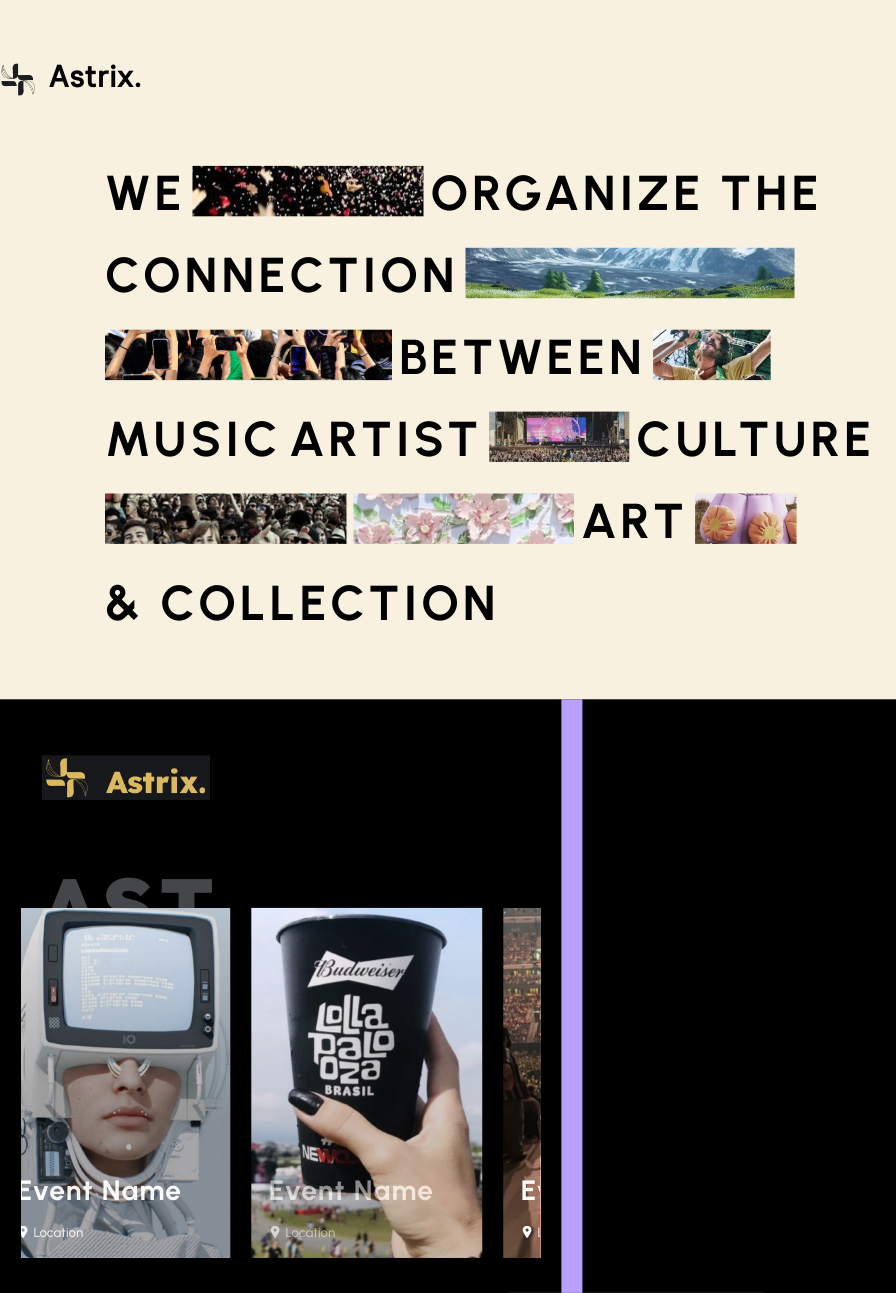
Repository: sharma171/astrix
Page: /
These files come from the project's save history. The page is drawn as it stood at one moment and after the next save; the edit follows.
The browser window is 1280 px wide. The pictures show the whole page, at 70% of full size.
The project was rebuilt for these pictures with package versions that can differ from the ones it lists, and the page was loaded fresh each time.

Above is the page before, as saved 2024-05-20 16:07:09.

### src/index.jsx
import React from 'react';
import ReactDOM from 'react-dom/client';
// import './index.css';
import App from './App';
import reportWebVitals from './reportWebVitals';

const root = ReactDOM.createRoot(document.getElementById('root'));
root.render(
  // <React.StrictMode>
    <App />
  // </React.StrictMode>
);

// If you want to start measuring performance in your app, pass a function
// to log results (for example: reportWebVitals(console.log))
// or send to an analytics endpoint. Learn more: https://bit.ly/CRA-vitals
reportWebVitals();

### src/App.jsx
import React from "react";
import { BrowserRouter as Router, Route, Routes } from "react-router-dom";
import Home from "./Home";
import "./component/main.css";
//fonts
import "./fonts/FUTURA45LIGHT.TTF";
import "./fonts/FUTURA55REGULAR.TTF";
import "./fonts/FUTURA65MEDIUM.TTF";
import "./fonts/FUTURA75BOLD.TTF";

function App() {
  return (
    <div>
      <Router>
        <Routes>
          <Route path="/" element={<Home/>} />
        </Routes>
      </Router>
    </div>
  );
}
export default App;

### src/Home.jsx
import React, { useState } from 'react';
import Hero from "./component/hero";
import HomeSection from './component/homesection';
const Home = () => {
    const [heroActive, setHeroActive] = useState(false);
    const handleActive = () => {
        setHeroActive(!heroActive);
    }
    return(
        <div>
            <div className={`floating-hero ${heroActive ? 'active' : ''}`} onClick={handleActive}>
                <Hero />
            </div>
            <div className="homesection">
                <HomeSection />
            </div>
        </div>
    );
}
export default Home;

### src/component/main.css
@import url('https://fonts.googleapis.com/css2?family=Urbanist:ital,wght@0,100..900;1,100..900&display=swap');

@font-face {
    font-family: "sebino";
    src: local("sebino"),
     url("../fonts/Sebino-Regular.ttf") format("truetype");
    font-weight: 500;
}
@font-face {
    font-family: "futuralight";
    src: local("futuralight"),
     url("../fonts/FUTURA45LIGHT.TTF") format("truetype");
    font-weight: light;
}
@font-face {
    font-family: "futuraregular";
    src: local("futuraregular"),
     url("../fonts/FUTURA55REGULAR.TTF") format("truetype");
    font-weight: regular;
}
@font-face {
    font-family: "futuramedium";
    src: local("futuramedium"),
     url("../fonts/FUTURA65MEDIUM.TTF") format("truetype");
    font-weight: medium;
}
@font-face {
    font-family: "futurabold";
    src: local("futurabold"),
     url("../fonts/FUTURA75BOLD.TTF") format("truetype");
    font-weight: bold;
}

*{
    padding: 0;
    margin: 0;
}
* a{
    text-decoration: none;
}
* .row-flex {
    display: flex;
    flex-direction: row;
}
* .col-flex {
    display: flex;
    flex-direction: column;
}
* .container {
    width: 100%;
    max-width: 1380px;
    margin: 0 auto;
}
* .bigcontainer {
    width: 100%;
    max-width: 1520px;
    margin: 0 auto;
}
#root {
    background: #000;
    min-height: 100vh;
}

### src/component/hero.jsx
import React from "react";
import Header from "./header";
import "./hero-overlay/css/hero.css";
import ImageOne from "./hero-overlay/images/heroimage1.jpeg";
import ImageTwo from "./hero-overlay/images/heroimage2.jpeg";
import ImageThree from "./hero-overlay/images/heroimage3.jpg";
import ImageFour from "./hero-overlay/images/heroimage4.png";
import ImageFive from "./hero-overlay/images/heroimage5.png";
import ImageSix from "./hero-overlay/images/heroimag6.png";
import ImageSeven from "./hero-overlay/images/heroimage7.png";
import ImageEight from "./hero-overlay/images/heroimage8.png";
const Hero = () => {
    return(
        <>
            <Header />
            <div className={`container`} >
                <div className={`hero-anim row-flex`}>
                    <h3 className="hero-text">WE</h3>
                    <img className="hero-image" src={ImageOne} alt="" />
                    <h3 className="hero-text">ORGANIZE THE</h3>
                    <h3 className="hero-text">CONNECTION</h3>
                    <img className="hero-image" src={ImageTwo} alt="" />
                    <img className="hero-image" src={ImageThree} alt="" />
                    <h3 className="hero-text">BETWEEN</h3>
                    <img className="hero-image" src={ImageFour} alt="" />
                    <h3 className="hero-text">MUSIC</h3>
                    <h3 className="hero-text">ARTIST</h3>
                    <img className="hero-image" src={ImageFive} alt="" />
                    <h3 className="hero-text">CULTURE</h3>
                    <img className="hero-image" src={ImageSix} alt="" />
                    <img className="hero-image" src={ImageSeven} alt="" />
                    <h3 className="hero-text">ART</h3>
                    <img className="hero-image" src={ImageEight} alt="" />
                    <h3 className="hero-text">& COLLECTION</h3>
                </div>
            </div>
        </>
    );
}
export default Hero;

### src/component/homesection.js
import React from "react";
import "./home.css";
import AstrixIcon from "./images/asterlogo.png";
import CarImage1 from "./images/car-image.png";
import CarImage2 from "./images/car-image2.png";
import CarImage3 from "./images/car-image3.png";
import CarImage4 from "./images/car-image4.png";
import LocationIcon from "./images/location.svg";


const HomeSection = () => {
    return(
        <>
            <div className="bigcontainer">
                <div className="row-flex">
                    <div className="col-flex car-row-col">
                        <div className="row-flex car-row-row">
                            <div className="car-col">
                                <div className="homebrand">
                                    <img src={AstrixIcon} alt="" />
                                </div>
                                <div className="carousel-inner">
                                    <span className="one">AST<br></br>RIX</span>
                                    <span className="two">EVE<br></br>NTS</span>
                                    <div className="carousel-box">
                                        <div className="car-item">
                                            <img src={CarImage1} alt="carousel" className="carimg" />
                                            <div className="overlay col-flex">
                                                <h3 className="eventname">Event Name</h3>
                                                <div className="location row-flex">
                                                    <img src={LocationIcon} alt="" className="icon" />
                                                    <span>Location</span>
                                                </div>
                                            </div>
                                        </div>
                                        <div className="car-item">
                                            <img src={CarImage2} alt="carousel" className="carimg" />
                                            <div className="overlay col-flex">
                                                <h3 className="eventname">Event Name</h3>
                                                <div className="location row-flex">
                                                    <img src={LocationIcon} alt="" className="icon" />
                                                    <span>Location</span>
                                                </div>
                                            </div>
                                        </div>
                                        <div className="car-item">
                                            <img src={CarImage3} alt="carousel" className="carimg" />
                                            <div className="overlay col-flex">
                                                <h3 className="eventname">Event Name</h3>
                                                <div className="location row-flex">
                                                    <img src={LocationIcon} alt="" className="icon" />
                                                    <span>Location</span>
                                                </div>
                                            </div>
                                        </div>
                                        <div className="car-item">
                                            <img src={CarImage4} alt="carousel" className="carimg" />
                                            <div className="overlay col-flex">
                                                <h3 className="eventname">Event Name</h3>
                                                <div className="location row-flex">
                                                    <img src={LocationIcon} alt="" className="icon" />
                                                    <span>Location</span>
                                                </div>
                                            </div>
                                        </div>
                                    </div>
                                </div>
                                <div className="section-tabs"></div>
                            </div>
                            <div className="tick-col"></div>
                        </div>
                    </div>
                    <div className="col-flex evnt-col">

                    </div>
                </div>
            </div>
        </>
    );
}
export default HomeSection;

### src/component/header.jsx
import React from 'react';
import { Link } from 'react-router-dom';
import "./hero-overlay/css/header.css"
import HeroLogo from './hero-overlay/images/png logo.png';

const Header = () => {
    return(
        <div className="ov-header">
            <div className="container">
                <div className="navmenu">
                    <Link to="#" className="row-flex">
                        <img
                            src={HeroLogo}
                            alt="Asterix-logo"
                            className="brand-logo"
                        />
                        <h1 className='brand-name'>Astrix.</h1>
                    </Link>
                </div>
            </div>
        </div>
    )
}

export default Header;

### src/component/hero-overlay/css/hero.css
.floating-hero {
    background: #f8f1df;
    min-height: 100vh;
    transition: all 2s;
    cursor: pointer;
    display: block;
    position: static;
    width: 100%;
    transition: all 3s ease-in-out;
    top: 0;
}
.floating-hero.active {
    display: block;
    position: fixed;
    top: -500%;
    left: 0;
}
.floating-hero .navmenu{
    padding-top: 90px;
}

.floating-hero .hero-anim {
    flex-wrap: wrap;
    row-gap: 40px;
    column-gap: 10px;
    padding-left: 150px;
    padding-top: 100px;
    padding-bottom: 100px;
}

.floating-hero .hero-anim .hero-image {
    max-height: 72px;
    object-fit: cover;
}
.floating-hero .hero-anim .hero-text {
    font-family: "Urbanist", sans-serif;
    font-size: 70px;
    letter-spacing: 6px;
    line-height: 1.1;
    font-weight: 700;
    color: #000;
}
.floating-hero .hero-anim .hero-image:nth-child(2) {
    animation-name: hero-first;
    animation-duration: 9s;
    animation-timing-function: ease-in-out;
    animation-iteration-count: infinite;
    animation-delay: 2s;
    width: 450px;
}
.floating-hero .hero-anim .hero-image:nth-child(5) {
    animation-name: hero-second;
    animation-duration: 9s;
    animation-timing-function: ease-in-out;
    animation-iteration-count: infinite;
    animation-delay: 2s;
    width: 620px;
}
.floating-hero .hero-anim .hero-image:nth-child(6) {
    animation-name: hero-third;
    animation-duration: 9s;
    animation-timing-function: ease-in-out;
    animation-iteration-count: infinite;
    animation-delay: 2s;
    width: 340px;
}
.floating-hero .hero-anim .hero-image:nth-child(11) {
    animation-name: hero-four;
    animation-duration: 9s;
    animation-timing-function: ease-in-out;
    animation-iteration-count: infinite;
    animation-delay: 2s;
    width: 300px;
}
.floating-hero .hero-anim .hero-image:nth-child(13) {
    animation-name: hero-fifth;
    animation-duration: 9s;
    animation-timing-function: ease-in-out;
    animation-iteration-count: infinite;
    animation-delay: 2s;
    width: 190px;
}
.floating-hero .hero-anim .hero-image:nth-child(14) {
    animation-name: hero-sixth;
    animation-duration: 9s;
    animation-timing-function: ease-in-out;
    animation-iteration-count: infinite;
    animation-delay: 2s;
    width: 255px;
}
@keyframes hero-first {
    0% {
        width: 450px;
    }
    25% {
        width: 330px;
    }
    50% {
        width: 330px;
    }
    75% {
        width: 450px;
    }
    100% {
        width: 450px;
    }
}
@keyframes hero-second {
    0% {
        width: 620px;
    }
    25% {
        width: 470px;
    }
    50% {
        width: 470px;
    }
    75% {
        width: 620px;
    }
    100% {
        width: 620px;
    }
}
@keyframes hero-third {
    0% {
        width: 340px;
    }
    25% {
        width: 410px;
    }
    50% {
        width: 410px;
    }
    75% {
        width: 340px;
    }
    100% {
        width: 340px;
    }
}
@keyframes hero-four {
    0% {
        width: 300px;
    }
    25% {
        width: 200px;
    }
    50% {
        width: 200px;
    }
    75% {
        width: 300px;
    }
    100% {
        width: 300px;
    }
}
@keyframes hero-fifth {
    0% {
        width: 190px;
    }
    25% {
        width: 345px;
    }
    50% {
        width: 345px;
    }
    75% {
        width: 190px;
    }
    100% {
        width: 190px;
    }
}
@keyframes hero-sixth {
    0% {
        width: 255px;
    }
    25% {
        width: 315px;
    }
    50% {
        width: 315px;
    }
    75% {
        width: 255px;
    }
    100% {
        width: 255px;
    }
}

### src/component/home.css
@import url('https://fonts.googleapis.com/css2?family=Lexend:wght@100..900&family=Roboto+Slab:wght@100..900&display=swap');

/* Carousel columns */


.homesection .car-row-col {
    width: 65%;
}
.homesection .car-row-row {
    flex-wrap: nowrap;
    width: 100%;
}
.homesection .car-col {
    width: calc(100% - 90px);
}
.homesection .tick-col {
    width: 90px;
    background: #b9a0fe;
}
.homesection .car-col .homebrand {
    margin-top: 30px;
    margin-left: 30px;
}
.homesection .car-col .homebrand img{
    width: 240px;
}

.homesection .car-col .carousel-inner {
    position: relative;
    margin: 90px 0 0 0;
}

.homesection .car-col .carousel-inner .one {
    position: absolute;
    top: 0;
    color: #45464a;
    font-family: "Lexend", sans-serif;
    font-size: 114px;
    line-height: 1;
    font-weight: 800;
    letter-spacing: 8px;
    margin-left: 30px;
    z-index: 1;
}
.homesection .car-col .carousel-inner .two {
    position: absolute;
    bottom: 60px;
    color: #45464a;
    font-family: "Lexend", sans-serif;
    font-size: 114px;
    line-height: 1;
    font-weight: 800;
    letter-spacing: 8px;
    margin-left: 30px;
    z-index: 1;
}
.homesection .car-col .carousel-inner .carousel-box {
    z-index: 10;
    position: relative;
    padding-top: 60px;
    padding-left: 28%;
    gap: 30px;
    display: flex;
    flex-direction: row;
    overflow: hidden;
}
.homesection .car-col .carousel-inner .carousel-box .car-item {
    height: 500px;
    width: 330px;
    max-height: 500px;
    max-width: 330px;
    position: relative;
    animation-name: carousel;
    animation-delay: 2s;
    animation-duration: 14s;
    animation-iteration-count:infinite;
    animation-timing-function: ease-in-out;
}
.homesection .car-col .carousel-inner .carousel-box .car-item:nth-child(1) .overlay {
    animation-name: visible1;
    animation-delay: 2s;
    animation-duration: 14s;
    animation-iteration-count:infinite;
    animation-timing-function: ease-in-out;
    opacity: 0;
}
.homesection .car-col .carousel-inner .carousel-box .car-item:nth-child(2) .overlay {
    animation-name: visible2;
    animation-delay: 2s;
    animation-duration: 14s;
    animation-iteration-count:infinite;
    animation-timing-function: ease-in-out;
    opacity: 0;
}
.homesection .car-col .carousel-inner .carousel-box .car-item:nth-child(3) .overlay {
    animation-name: visible3;
    animation-delay: 2s;
    animation-duration: 14s;
    animation-iteration-count:infinite;
    animation-timing-function: ease-in-out;
    opacity: 0;
}
.homesection .car-col .carousel-inner .carousel-box .car-item:nth-child(4) .overlay {
    animation-name: visible4;
    animation-delay: 2s;
    animation-duration: 14s;
    animation-iteration-count:infinite;
    animation-timing-function: ease-in-out;
    opacity: 0;
}
@keyframes carousel {
    0% {
        transform: translate(0%);
    }
    3% {
        transform: translate(-80%);
    }
    5% {
        transform: translate(-75%);
    }
    25% {
        transform: translate(-75%);
    }
    28% {
        transform: translate(-190%);
    }
    30% {
        transform: translate(-184%);
    }
    50% {
        transform: translate(-184%);
    }
    53% {
        transform: translate(-300%);
    }
    55% {
        transform: translate(-294%);
    }
    75% {
        transform: translate(-294%);
    }
    78% {
        transform: translate(10%);
    }
    80% {
        transform: translate(-0%);
    }
    100% {
        transform: translate(0%);
    }
}
@keyframes visible1 {
    0% {
        opacity: 0;
    }
    5% {
        opacity: 1;
    }

    75% {
        opacity: 1;
    }
    80% {
        opacity: 0;
    }
    100% {
        opacity: 0;
    }
}

@keyframes visible2 {
    0% {
        opacity: 1;
    }
    5% {
        opacity: 0;
    }
    25% {
        opacity: 0;
    }
    28% {
        opacity: 1;
    }
    100% {
        opacity: 1;
    }
}
@keyframes visible3 {
    0% {
        opacity: 1;
    }
    25% {
        opacity: 1;
    }
    30% {
        opacity: 0;
    }
    50% {
        opacity: 0;
    }
    53% {
        opacity: 1;
    }
    55% {
        opacity: 1;
    }
    75% {
        opacity: 1;
    }
    78% {
        opacity: 1;
    }
    80% {
        opacity: 1;
    }
    100% {
        opacity: 1;
    }
}
@keyframes visible4 {
    0% {
        opacity: 1;
    }
    50% {
        opacity: 1;
    }
    55% {
        opacity: 0;
    }
    75% {
        opacity: 0;
    }
    78% {
        opacity: 1;
    }
    80% {
        opacity: 1;
    }
    100% {
        opacity: 1;
    }
}



.homesection .car-col .carousel-inner .carousel-box .car-item .carimg {
    height: 500px;
    width: 330px;
    max-height: 500px;
    max-width: 330px;
    object-fit: cover;
}

.homesection .car-col .carousel-inner .carousel-box .car-item .overlay {
    position: absolute;
    top: 0;
    left: 0;
    width: 100%;
    height: 100%;
    display: flex;
    justify-content: flex-end;
    align-items: flex-start;
    color: #fff;
    font-family: "Urbanist", sans-serif;
    background: linear-gradient(0deg, rgb(0 0 0 / 29%) 40%, rgb(0 0 0 / 0%) 100%);
}

.homesection .car-col .carousel-inner .carousel-box .car-item .overlay .eventname {
    font-size: 40px;
    font-weight: 700;
    line-height: 1;
    margin: 25px 25px 30px 25px;
    letter-spacing: 1.7px;
}
.homesection .car-col .carousel-inner .carousel-box .car-item .overlay .location {
    margin: 0px 25px 25px 25px;
    gap: 6px
}
.homesection .car-col .carousel-inner .carousel-box .car-item .overlay .location .icon {
    width: 18px;
    height: 18px;
}
.homesection .car-col .carousel-inner .carousel-box .car-item .overlay .location span {
    font-size: 19px;
    font-weight: 500;
    line-height: 1.1;
    color: #ffffffd6;
}

.homesection .car-col{
    margin: 50px 30px;
}


/* //Event columns */
.homesection .evnt-col{
    width: 35%;
}

### src/component/hero-overlay/css/header.css
.ov-header .navmenu .brand-logo {
    width: 50px;
    height: auto;
}
.ov-header .brand-name {
    font-family: "sebino";
    color: black;
    font-size: 43px;
    line-height: 0.8;
    align-self: center;
    margin-left: 20px;
    letter-spacing: 1.5px;
}

Loaded but not shown: public/index.html (common file); src/reportWebVitals.js (common file)

After the next save:
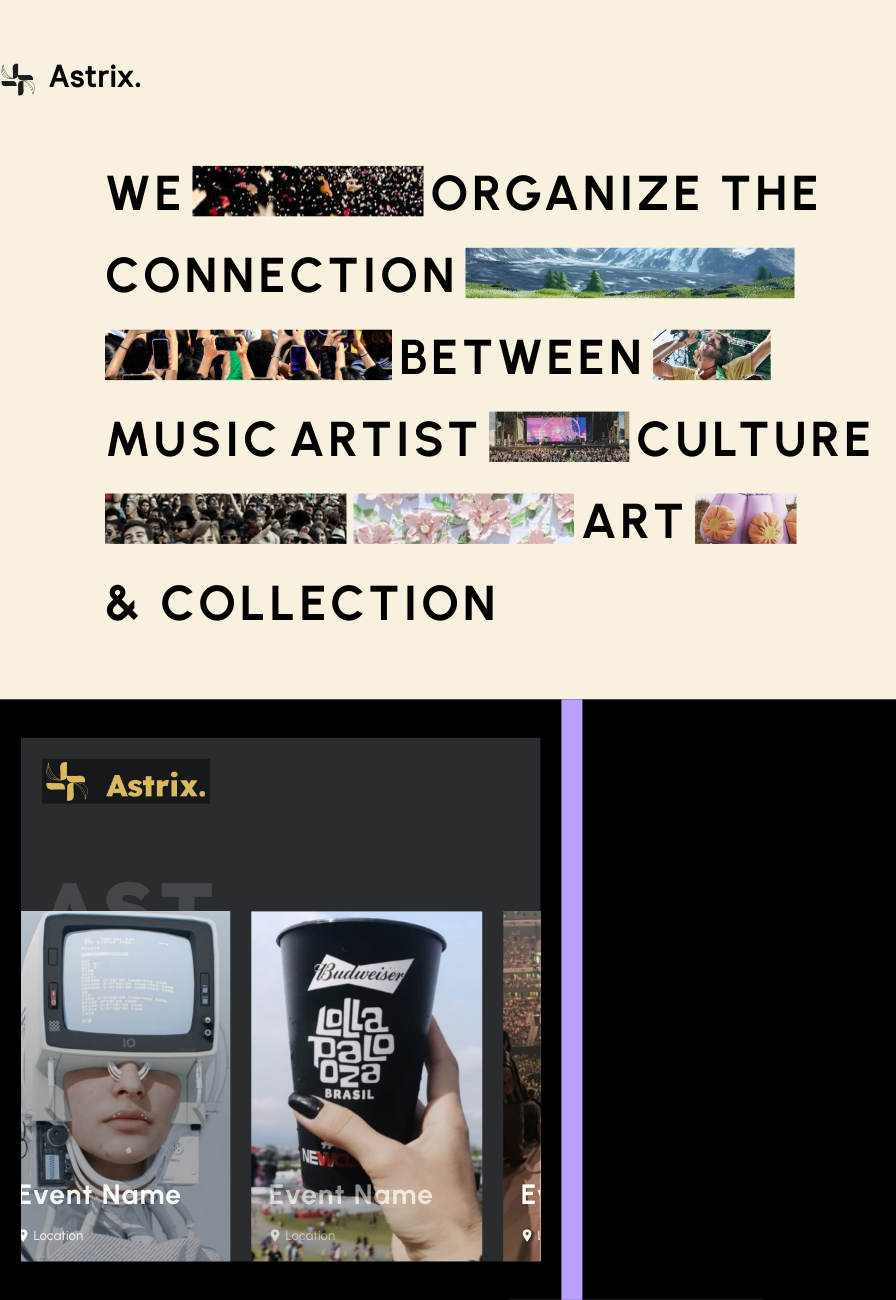
Saved 34 s later.
--- a/src/component/home.css
+++ b/src/component/home.css
@@ -288,7 +288,8 @@
 }
 
 .homesection .car-col{
-    margin: 50px 30px;
+    margin: 55px 30px;
+    background: #2b2c30;
 }
 
 
